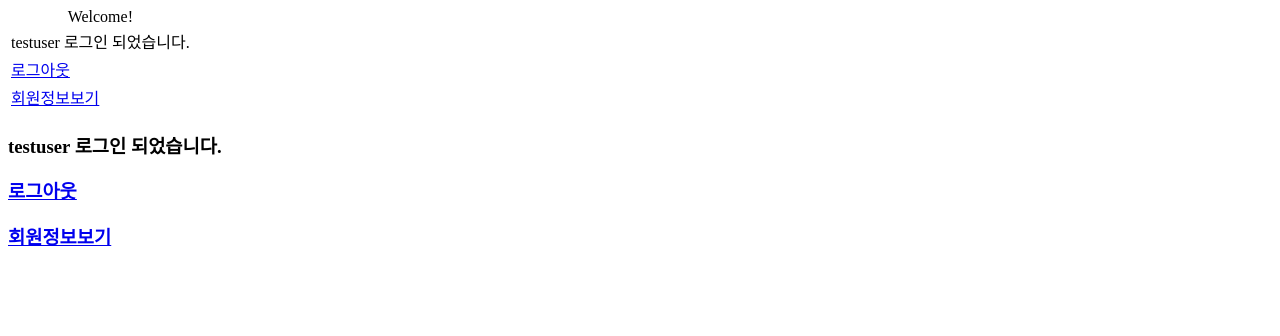
Repository: LucestDail/jdbcWorkspace
Page: http://localhost/jdbcProject/model1/member/main.jsp
The author's editor kept a copy of each file at every save. The page is drawn from the files as they stood at one save, then again after the next save.
The browser window is 1280 px wide. The pictures show the whole page.
The page is served by Tomcat 9. The session is filled in as if someone had signed in: {"login": "testuser", "name": "Test User"}.

Above is the page before, as saved 2020-11-19 05:08:28.

After the next save:
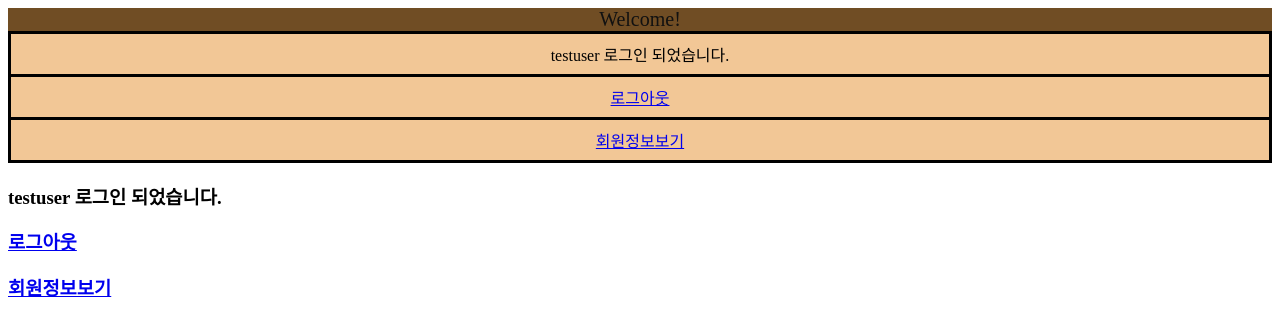
Saved 19 s later.
--- a/jdbcProject/WebContent/model1/member/main.jsp
+++ b/jdbcProject/WebContent/model1/member/main.jsp
@@ -13,6 +13,7 @@
 <head>
 <meta charset="EUC-KR">
 <title>회원관리</title>
+<link rel = "stylesheet" href = "../css/main.css">
 </head>
 <body>
 <table><caption>Welcome!</caption>
